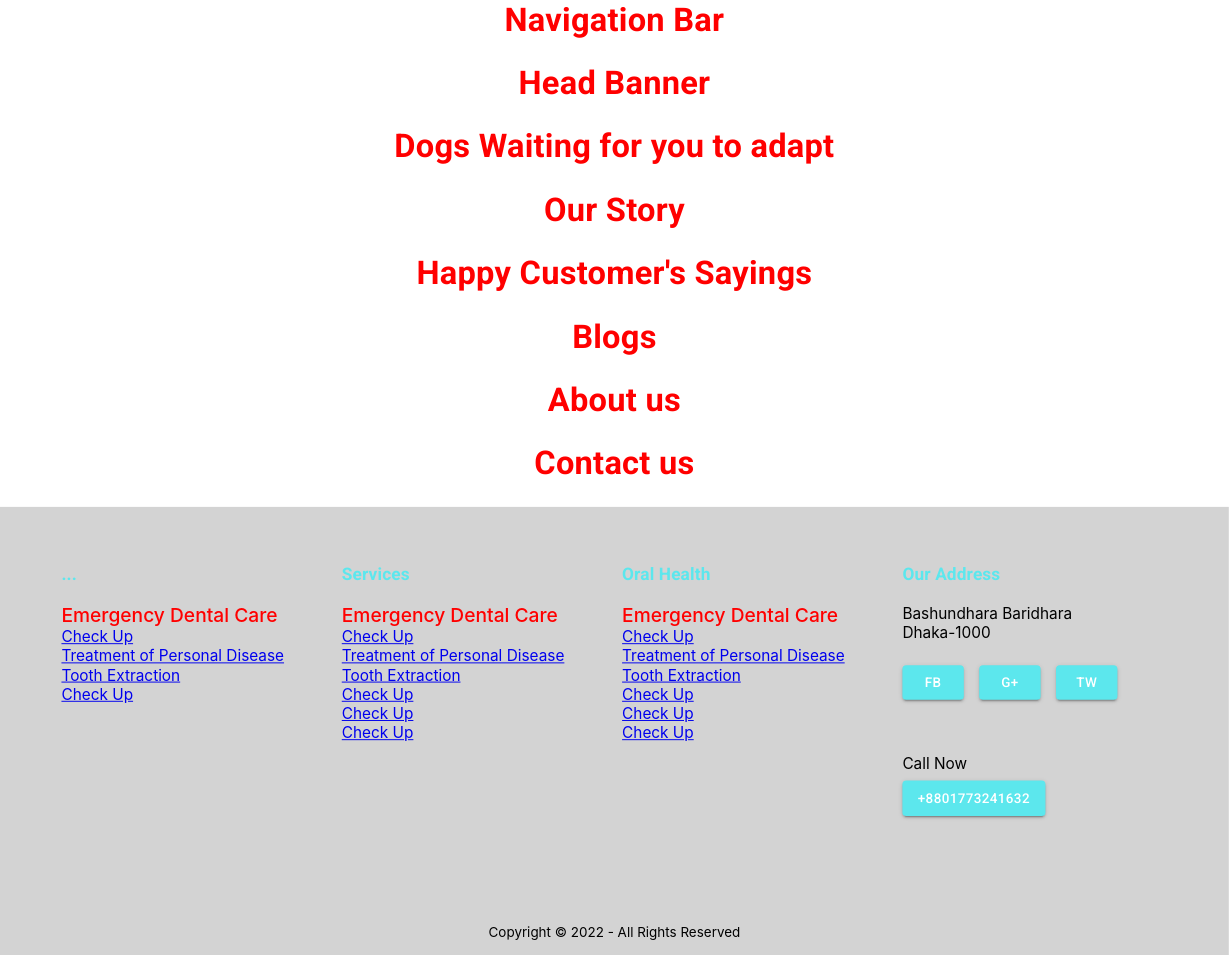
Repository: Sharif-00112/dogos-paradise-client
Page: /
The author's editor kept a copy of each file at every save. The page is drawn from the files as they stood at one save, then again after the next save.
The browser window is 1280 px wide. The pictures show the whole page, at 96% of full size.
The project was rebuilt for these pictures with package versions that can differ from the ones it lists, and the page was loaded fresh each time. Also part of the build but not shown: src/Pages/Login/Login/Login.js, src/Pages/Login/Register/Register.js, src/Pages/NotFound/NotFound.js.

Above is the page before, as saved 2022-11-30 22:34:30.

After the next save:
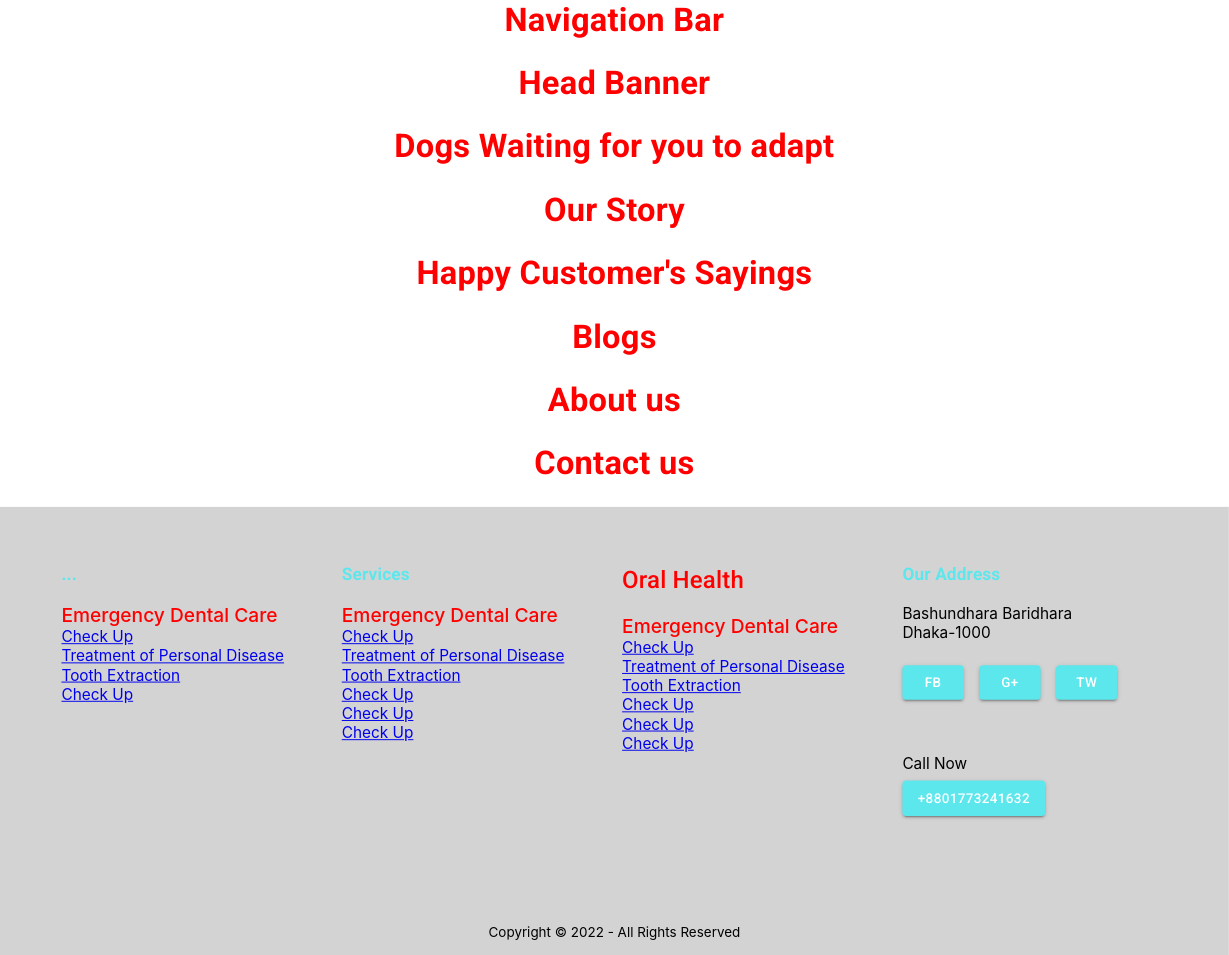
Saved 44 s later.
--- a/src/Pages/Shared/Footer/Footer.js
+++ b/src/Pages/Shared/Footer/Footer.js
@@ -76,7 +76,7 @@ const Footer = () => {
                         </Link>
                     </Grid>
                     <Grid item style={{ textAlign: 'left'}} xs={6} md={3}>
-                        <Typography sx={{ my:2, fontSize: 18, fontWeight: 600 }} style={{color: '#5CE7ED'}} variant="h6" component="div">
+                        <Typography sx={{ my:2, fontSize: 18, fontWeight: 600 }} style={{color: 'red', fontWeight: 500, fontSize: 25 }} variant="h6" component="div">
                             Oral Health
                         </Typography>
                         <Link style={{ textDecoration:'none', color: 'red', fontWeight: 500, fontSize: 20 }} to = '/emergencyDentalCare'>
